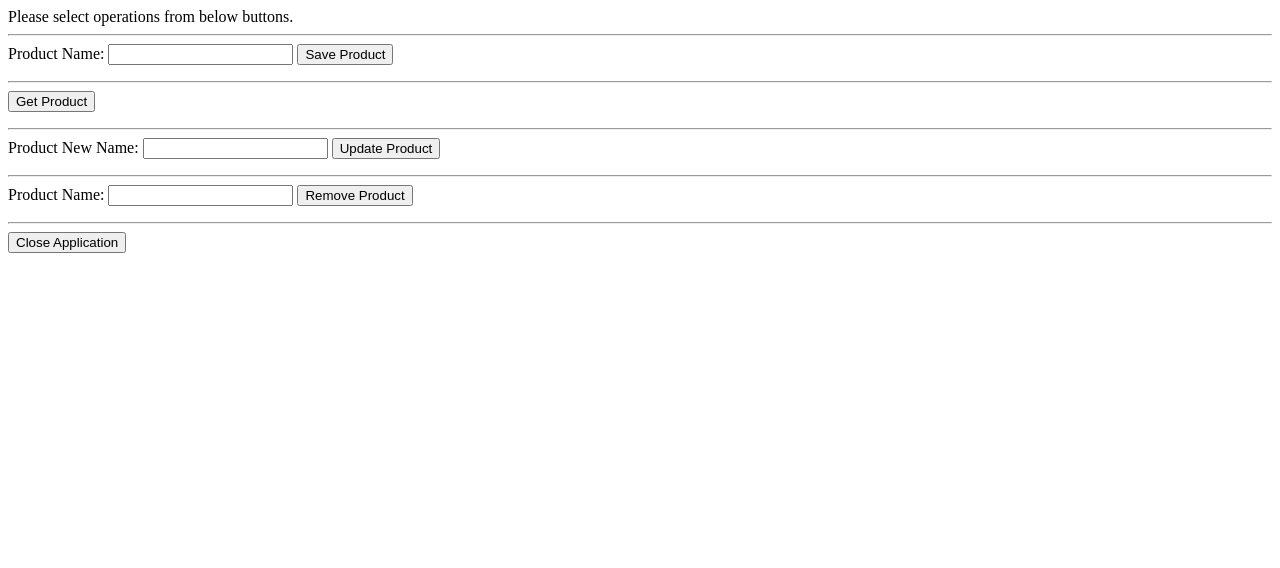
Repository: kanuwana/JavaWorkspace
Page: Product_Management_System_Client/WebContent/index.html
These files come from the project's save history. The page is drawn as it stood at one moment and after the next save; the edit follows.
The browser window is 1280 px wide. The pictures show the whole page.

Above is the page before, as saved 2013-10-27 18:44:45.

After the next save:
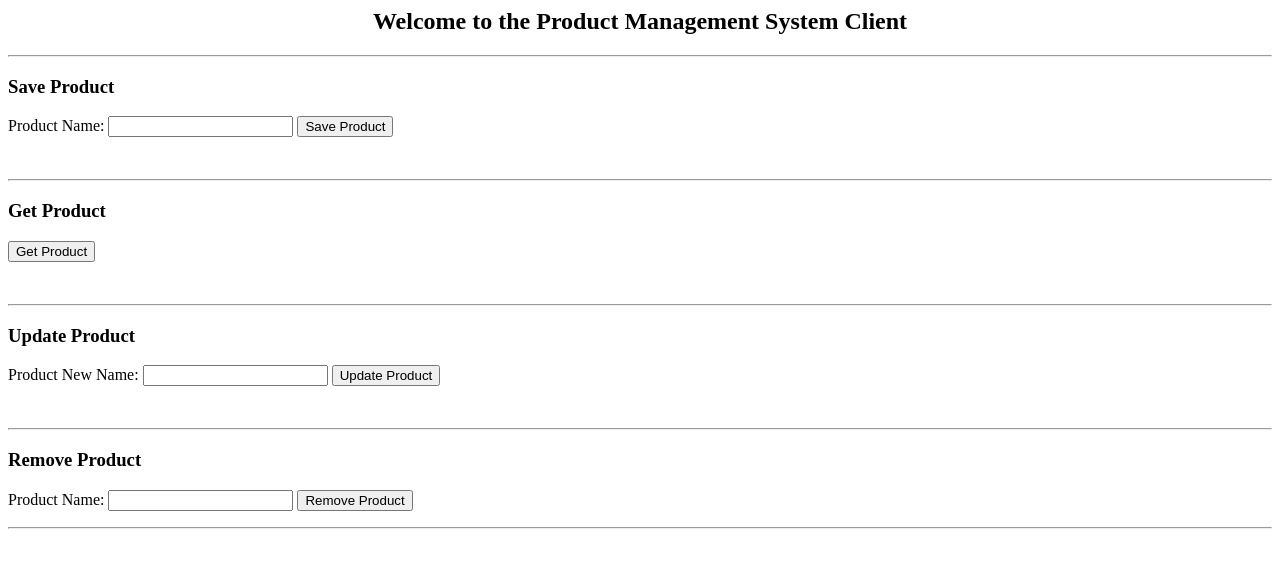
Saved 2 min 49 s later.
--- a/Product_Management_System_Client/WebContent/index.html
+++ b/Product_Management_System_Client/WebContent/index.html
@@ -3,27 +3,35 @@
 <html>
 <head></head>
 <body>
-	<div>Please select operations from below buttons.</div><hr/>
-	<div><form name="saveProduct" action="/product/save" method="post">
+	<div align="center"><h2>Welcome to the Product Management System Client</h2></div><hr/>
+
+	<div><h3>Save Product</h3>
+		<form name="saveProduct" action="/product/save" method="post">
 				Product Name: <input type="text" name="productName">
 				<input type="submit" value="Save Product">
 		</form>
-	</div><hr/>
-	<div><form name="getProduct" action="/product/get" method="get">
+	</div><br/><hr/>
+
+	<div><h3>Get Product</h3>
+		<form name="getProduct" action="/product/get" method="get">
 				<input type="submit" value="Get Product">
 		</form>
-	</div><hr/>
-	<div><form name="updateProduct" action="/product/update" method="put">
+	</div><br/><hr/>
+
+	<div><h3>Update Product</h3>
+		<form name="updateProduct" action="/product/update" method="put">
 				Product New Name: <input type="text" name="productName">
 				<input type="submit" value="Update Product">
 		</form>
-	</div><hr/>
-	<div><form name="removeProduct" action="/product/remove" method="delete">
+	</div><br/><hr/>
+
+	<div><h3>Remove Product</h3>
+		<form name="removeProduct" action="/product/remove" method="delete">
 				Product Name: <input type="text" name="productName">
 				<input type="submit" value="Remove Product">
 		</form>
 	</div><hr/>
 
-	<div align="left"><input type="submit" value="Close Application"></div>
+
 </body>
 </html>
